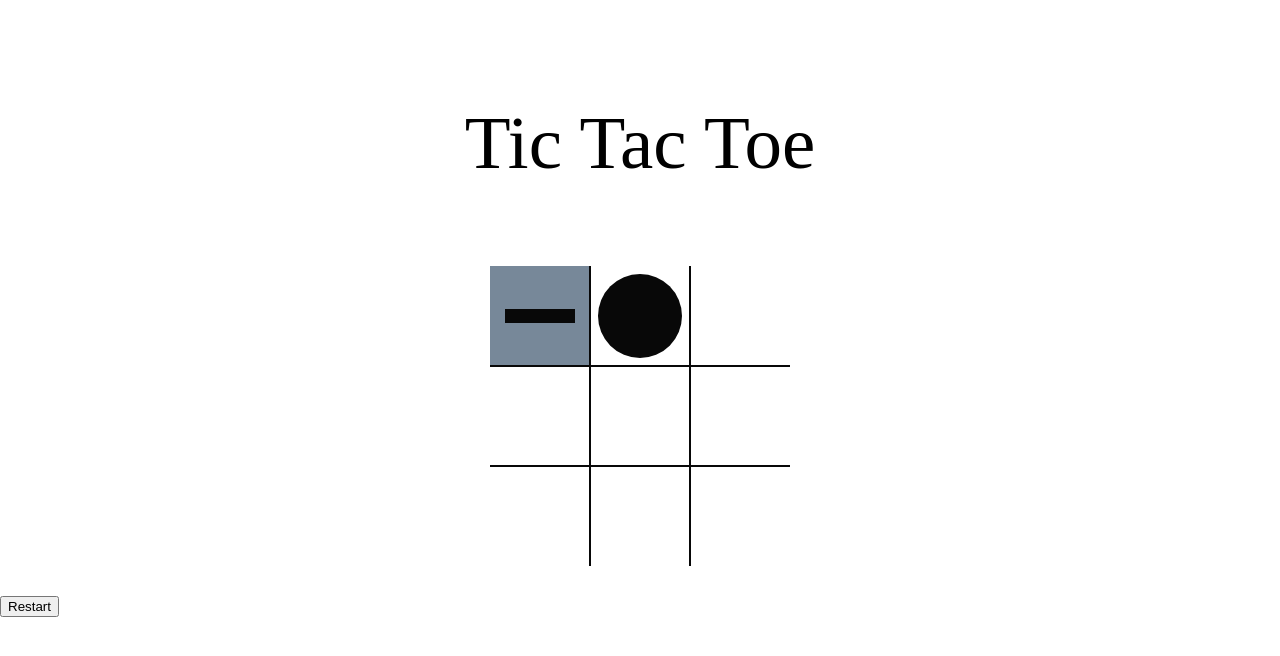
Repository: kkyler24/MCLA
Page: devFiles/TictactoeFiles/ticTacToe.html
The author's editor kept a copy of each file at every save. The page is drawn from the files as they stood at one save, then again after the next save.
The browser window is 1280 px wide. The pictures show the whole page.
The pointer rests on the first visible `.cellBOne`.

Above is the page before, as saved 2020-04-17 15:36:49.

### devFiles/TictactoeFiles/ticTacToe.html
<!DOCTYPE html>
<html lang="en">

<head>
    <meta charset="UTF-8">
    <meta name="viewport" content="width=device-width, initial-scale=1.0">
    <link rel="stylesheet" type="text/css" href="tictactoe.css">
    <script src="tictactoe.js" defer></script>
    <title>Tic Tac Toe</title>
</head>

<body>
    <sectionOne>
        <!-- NavBar -->
        <!-- <nav class="navbar navbar-light bg-light">
            <!-- Image Logo -->
            <!-- <a class="navbar-brand" href="#">
                <img src="/docs/4.0/assets/brand/bootstrap-solid.svg" width="30" height="30"
                    class="d-inline-block align-top" alt="">
                Bootstrap -->
            <!-- </a> -->
        </nav>
    </sectionOne>
<sectionTwo>
<h1>Tic Tac Toe</h1>
<div class="BoardOne" id="BoardOne">
    <div class="cellBOne dash" data-cell></div>
    <div class="cellBOne circle" data-cell></div>
    <div class="cellBOne" data-cell></div>
    <div class="cellBOne" data-cell></div>
    <div class="cellBOne" data-cell></div>
    <div class="cellBOne" data-cell></div>
    <div class="cellBOne" data-cell></div>
    <div class="cellBOne" data-cell></div>
    <div class="cellBOne" data-cell></div>
</div>
<div class="winning-message-One" id="winningMessageOne">
    <div class="data-winning-message-text-One"></div>
    <button id="restartButtonOne">Restart</button>
</div>



</sectionTwo>











</body>

### devFiles/TictactoeFiles/tictactoe.css
*,*::after, *::before{
    box-sizing: border-box;
}
:root {
    --cell-size:100px;
    --mark-size:calc(var(--cell-size)*.7);
    /* this makes the preview marks 90% of the cell size it edits the width of your dot or dash */
}

h1{
    margin-top: 100px;
    text-align: center;
    font-size: 75px;
    font-weight: 100;
}

body{
    margin:0;
}

.BoardOne{
    width: 100vw;
    height: 50vh;
    display: grid;
    justify-content: center;
    align-content: center;
    align-items: center;
    justify-items: center;
    grid-template-columns: repeat(3,auto);
    /* this resizes the grid and makes all the cells automatically evenly sized */
}
.cellBOne{
    width: var(--cell-size);
    height: var(--cell-size);
    border: 1px solid rgb(8, 8, 8);
    display: flex;
    justify-content: center;
    align-items: center;
    position: relative;
    cursor: pointer;

}
.cellBOne:first-child,
.cellBOne:nth-child(2),
.cellBOne:nth-child(3){
    border-top: none;
}

.cellBOne:nth-child(3n+1){
    border-left: none;
}

.cellBOne:nth-child(3n+3){
    border-right: none;
}

.cellBOne:last-child,
.cellBOne:nth-child(8),
.cellBOne:nth-child(7){
    border-bottom: none;
}

.cellBOne.dash::before{
    content: "";
    width: calc(var(--mark-size)*.20);
    /* controls the height of the dashes */
    transform: rotate(90deg);
    height: var(--mark-size);
    background-color: rgb(8, 8, 8);
    /* controls how the dashes look */
    position: relative;
}

.cellBOne.circle::after{
    content: "";
    position: absolute;
    width: calc(var(--mark-size)*1.2);
    /* controls the height of the cricles */
    /* transform: rotate(90deg); */
    height: calc(var(--mark-size)*1.2);
    background-color: rgb(8, 8, 8);
    /* controls how the dashes look */
    border-radius: 50%;

}

.cellBOne.circle,
.cellBOne.dash{
    cursor: not-allowed;
}

.cellBOne:hover{
    background-color: lightslategray;
}

### devFiles/TictactoeFiles/tictactoe.js
// var winningCombinations = {
//     // userchoice: computerchoice
//     rock: 'scissors', // you win
//     paper: 'rock',    // you win
//     scissors: 'paper' // you win
// random words should be put in here and converted to morse code. the computer should evaluate if your letter box matches the randomized word to win the round.
// };

After the next save:
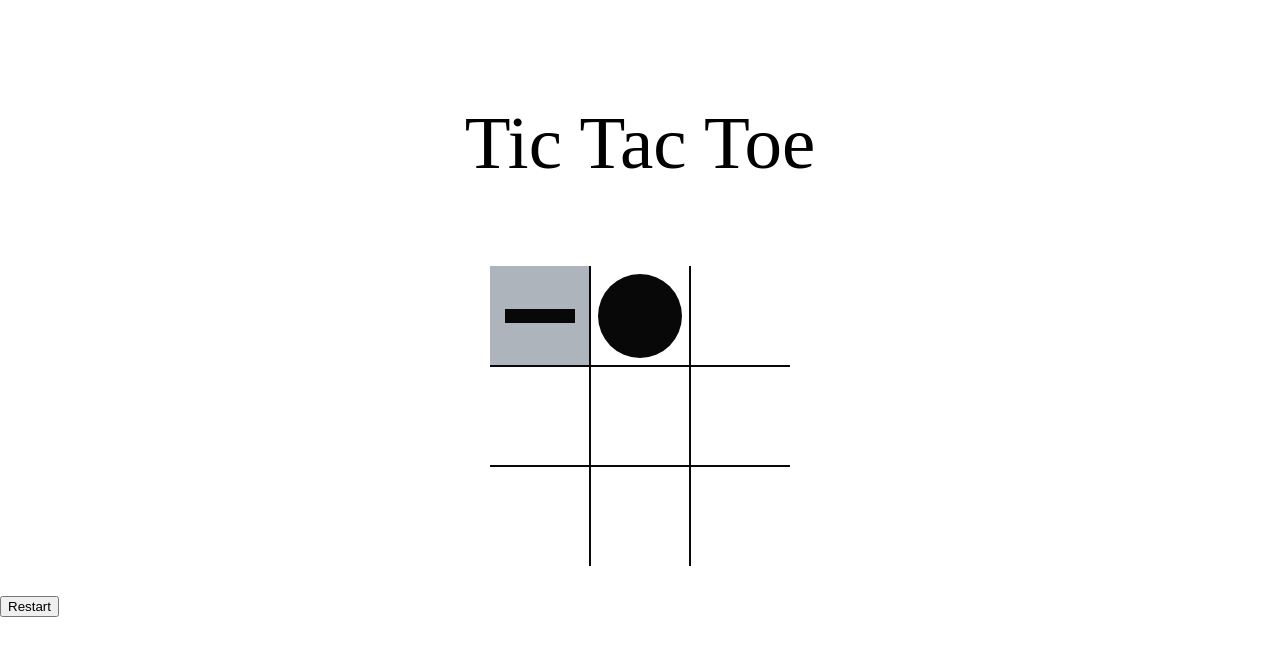
Saved 22 s later.
--- a/devFiles/TictactoeFiles/tictactoe.css
+++ b/devFiles/TictactoeFiles/tictactoe.css
@@ -90,5 +90,5 @@ body{
 }
 
 .cellBOne:hover{
-    background-color: lightslategray;
+    background-color: rgb(173, 180, 187);
 }
